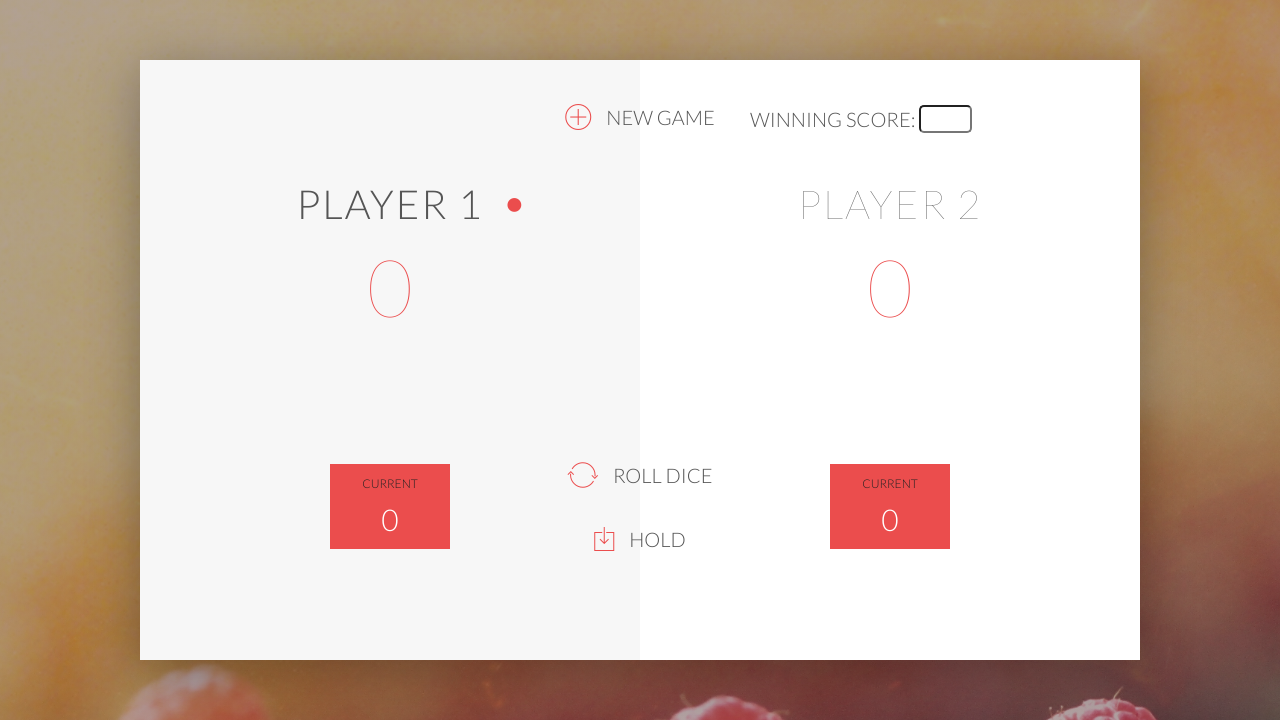
Repository: hexanek/hexanek.github.io
Page: pig-game/index.html
An editor plug-in stored every save of this project. The page is shown before and after the next save, followed by the edit.
The browser window is 1280 px wide. The pictures show the whole page.

Above is the page before, as saved 2019-12-19 23:10:19.

After the next save:
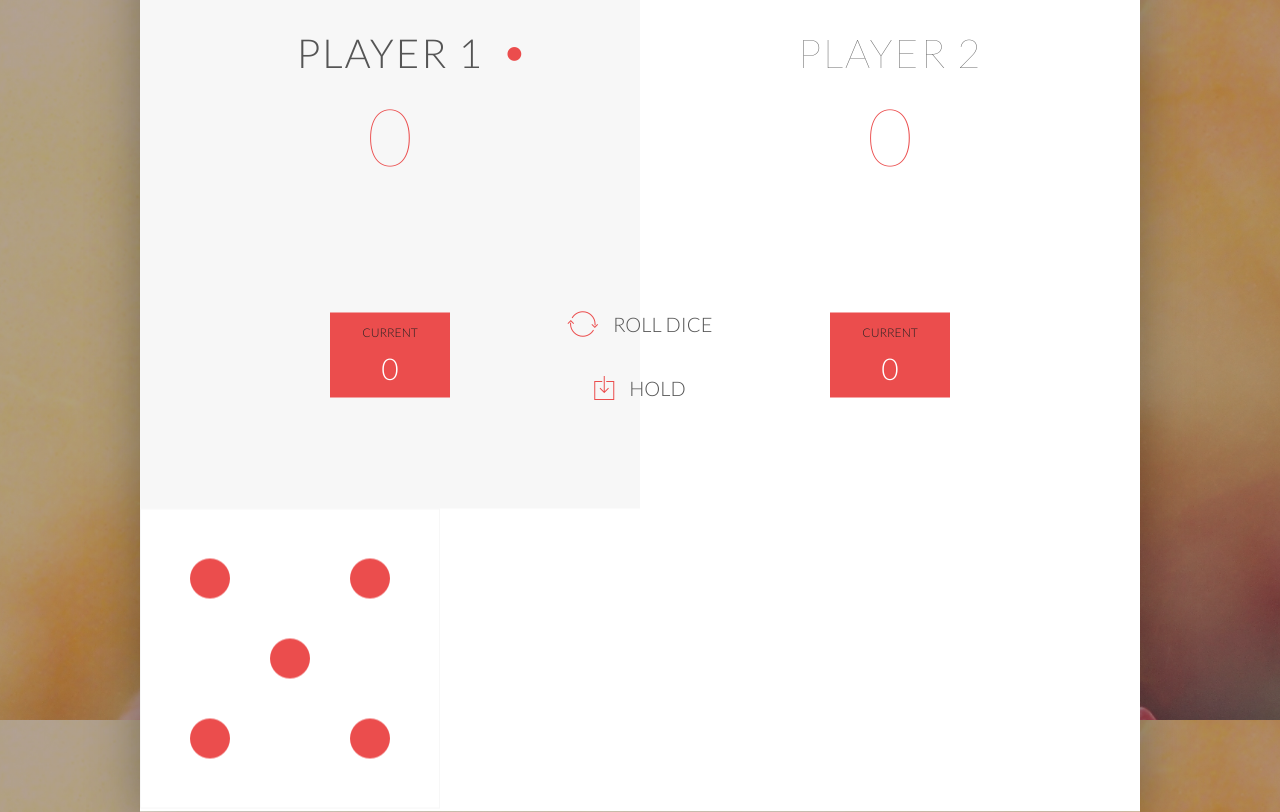
Saved 3 min 53 s later.
--- a/pig-game/index.html
+++ b/pig-game/index.html
@@ -37,6 +37,8 @@
             Winning score: <input class="input-score" type="number" name="WinningScore" id="winScore">
             </form>
             <img src="dice-5.png" alt="Dice" class="dice">
+            <img src="dice-5.png" alt="Dice2" class="dice2">
+
         </div>
 
         <script src="app.js"></script>

After the save that followed:
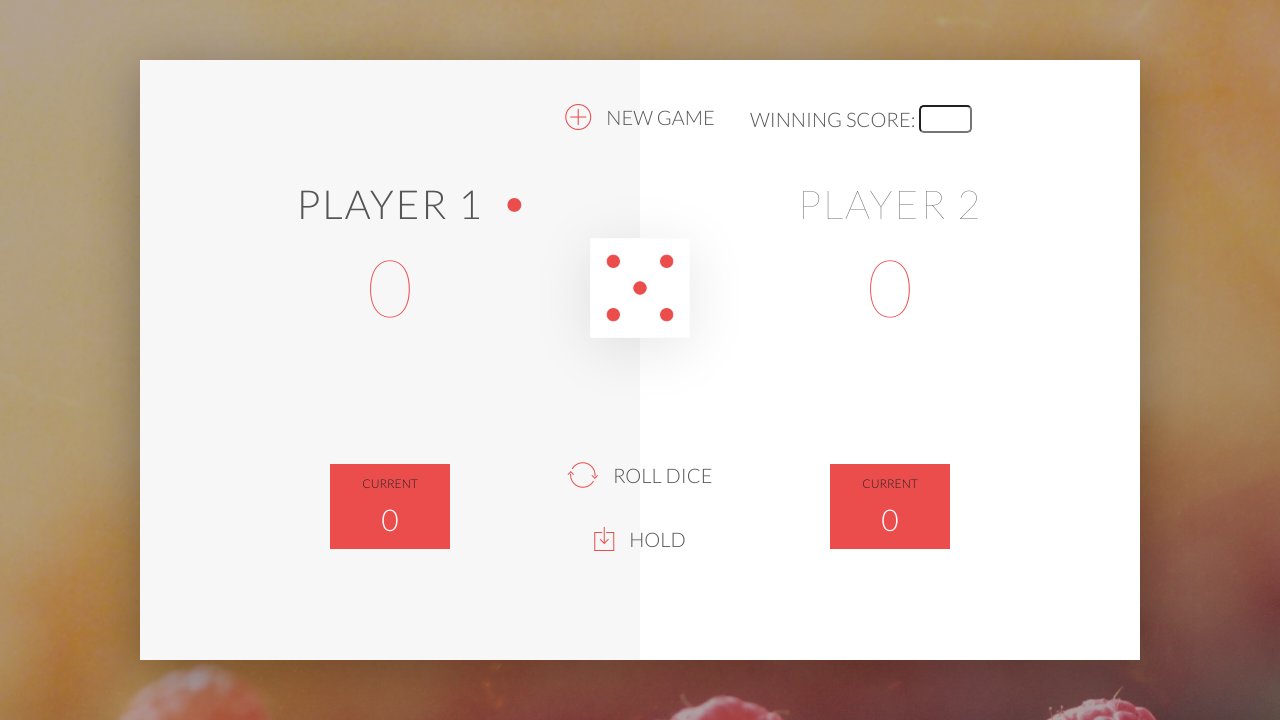
Saved 16 s later.
--- a/pig-game/index.html
+++ b/pig-game/index.html
@@ -37,7 +37,7 @@
             Winning score: <input class="input-score" type="number" name="WinningScore" id="winScore">
             </form>
             <img src="dice-5.png" alt="Dice" class="dice">
-            <img src="dice-5.png" alt="Dice2" class="dice2">
+            <img src="dice-5.png" alt="Dice2" class="dice">
 
         </div>
 
